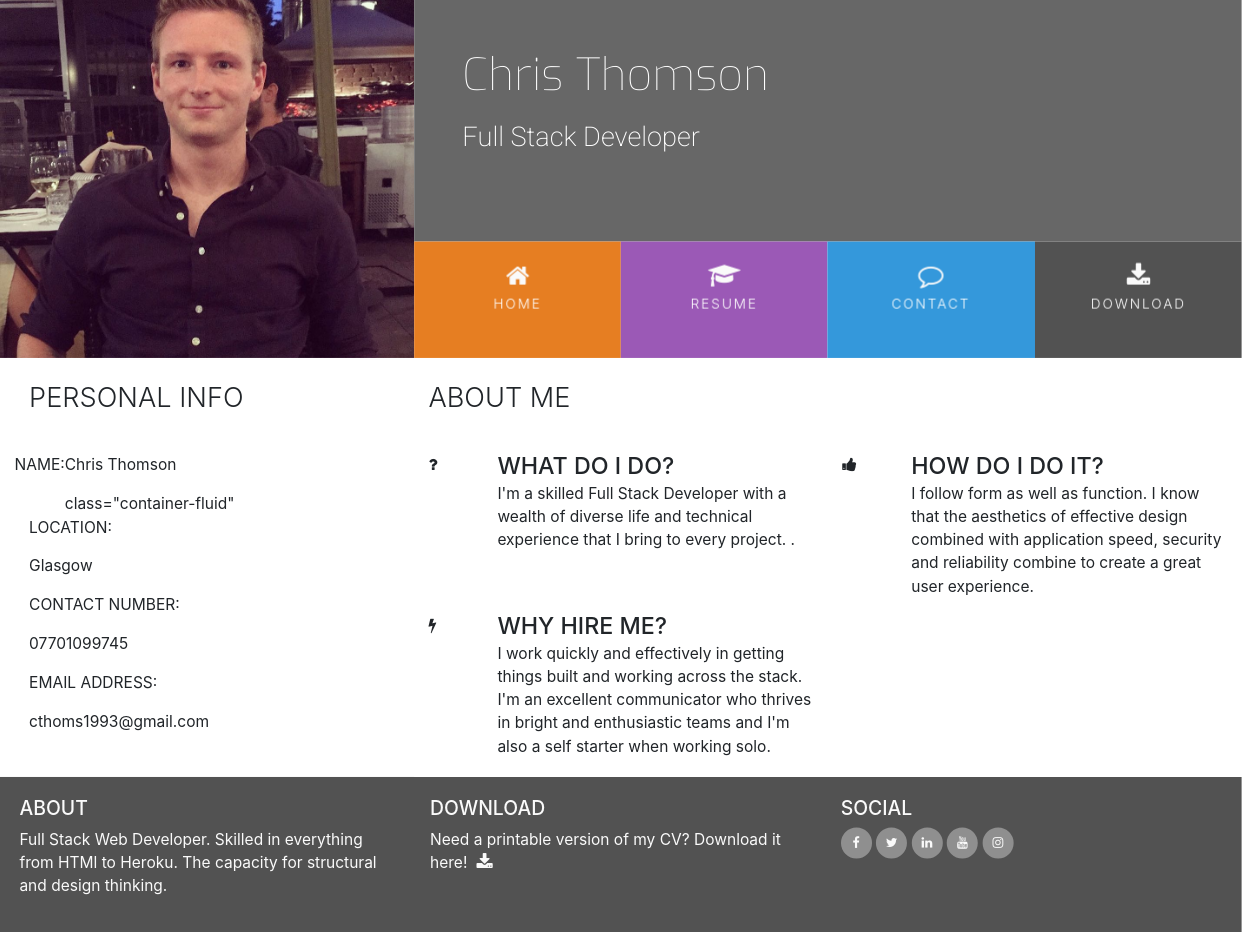
Repository: cthoms1993/Resume
Page: index.html
The author's editor kept a record of every edit. The page is drawn from the files as they stood at one moment, then again after the next edit.
The browser window is 1280 px wide. The page is 1295 px wide, so the pictures cover 1295 px, including what lies to the right of the window. The pictures show the whole page, at 97% of full size.

Above is the page before.

### index.html
<!DOCTYPE html>
<html lang="en-us">

<head>
    <meta charset="UTF-8">
    <meta name="viewport" content="width=device-width, initial-scale=1.0">
    <meta http-equiv="X-UA-Compatible" content="ie=edge">
    <link rel="stylesheet" href="https://stackpath.bootstrapcdn.com/bootstrap/4.3.1/css/bootstrap.min.css" type="text/css" />
    <link rel="stylesheet" href="https://stackpath.bootstrapcdn.com/font-awesome/4.7.0/css/font-awesome.min.css" type="text/css" />
    <link rel="stylesheet" href="https://cdnjs.cloudflare.com/ajax/libs/hover.css/2.3.1/css/hover-min.css" type="text/css" />
    <link rel="stylesheet" href="assets/css/style.css" type="text/css" />
    <title>Chris Thomson Resume</title>

</head>

<body>
    <header>
        <div class="row no-gutters">
            <a href="index.html" class="col-md-4 logo">

            </a>
            <div class="col-md-8">
                <div class="row no-gutters bg-color-name-title">
                    <div class="col heading">
                        <h1 class="name">Chris Thomson</h1>
                        <h2 class="title">Full Stack Developer</h2>
                    </div>
                </div>
                <div class="row no-gutters">
                    <div class="col">
                        <ul class="nav" class="list-inline menucontainer">
                            <li class="col-6 col-sm-3 ui-menu-color-home list-inline-item menuitem">
                                <a href="index.html" class="hvr-sweep-to-bottom"><i class="fa fa-home" aria-hidden="true"></i><span>Home</span></a>
                            </li>
                            <li class="col-6 col-sm-3 ui-menu-color-resume list-inline-item menuitem">
                                <a href="resume.html" class="hvr-sweep-to-bottom"><i class="fa fa-graduation-cap" aria-hidden="true"></i><span>Resume</span></a>
                            </li>
                            <li class="col-6 col-sm-3 ui-menu-color-contact list-inline-item menuitem">
                                <a href="contact.html" class="hvr-sweep-to-bottom"><i class="fa fa-comment-o" aria-hidden="true"></i><span>Contact</span></a>
                                <li class="col-6 col-sm-3 ui-menu-color-download list-inline-item menuitem">
                                    <a href="assets/cv/chrisThomsonDevCV.pdf" target="_blank" class="hvr-sweep-to-bottom"><i class="fa fa-download" aria-hidden="true"></i><span>Download</span></a>
                                </li>
                            </li>
                        </ul>
                    </div>
                </div>
            </div>
        </div>

    </header>
    <section class="container-fluid">
        <div class="row">
            <div class="col-md-4 bg-color-personal-info section-column">
                <div class="row">
                <div class="col-12">
                    <h3 class="section-heading uppercase">Personal Info</h3>
                </div>
                <div class="personal-info-item">
        </div>
                <div class="key">
                        <p class="uppercase">
                            Name:
                        </p>
                    </div>
                    <div class="value">
                        <p>
                            Chris Thomson
                        </p>

            class="container-fluid"  </div>
                </div>
                 <div class="personal-info-item">
                    <div class="key">
                        <p class="uppercase">
                            Location:
                        </p>
                    </div>
                    <div class="value">
                        <p>
                            Glasgow
                        </p>
                    </div>
                </div>
                 <div class="personal-info-item">
                    <div class="key">
                        <p class="uppercase">
                            contact number:
                        </p>
                    </div>
                    <div class="value">
                        <p>
                            07701099745
                        </p>
                    </div>
                </div>
                 <div class="personal-info-item">
                    <div class="key">
                        <p class="uppercase">
                            email address:
                        </p>
                    </div>
                    <div class="value">
                        <p>
                           cthoms1993@gmail.com
                        </p>
                    </div>
                </div>
            </div>
            <div class="col-md-8 bg-color-three-reasons ">
                <div class="row">
                    <div class="col">
                        <h3 class="section-heading uppercase">About Me</h3>
                    </div>
                </div>
                <div class="row">
                    <div class="col-10 offset-1 offset-sm-0 col-sm-4 col-md-6">
                        <div class="row">
                            <div class="col-2">
                                <i class="three-reasons-icon fa fa-question" aria-hidden="true"></i>
                            </div>
                            <div class="col-10">
                                <h4 class="three-reasons-heading uppercase">What do I do?</h4>
                                <p>I'm a skilled Full Stack Developer with a wealth of diverse life and technical experience that I bring to every project. .</p>
                            </div>
                        </div>
                    </div>
                    <div class="col-10 offset-1 offset-sm-0 col-sm-4 col-md-6">
                        <div class="row">
                            <div class="col-2">
                                <i class="three-reasons-icon fa fa-thumbs-up" aria-hidden="true"></i>
                            </div>
                            <div class="col-10">
                                <h4 class="three-reasons-heading uppercase">How do I do it?</h4>
                                <p>I follow form as well as function. I know that the aesthetics of effective design combined with application speed, security and reliability combine to create a great user experience.
                                </p>
                            </div>
                        </div>
                    </div>
                    <div class="col-10 offset-1 offset-sm-0 col-sm-4 col-md-6">
                        <div class="row">
                            <div class="col-2">
                                <i class="three-reasons-icon fa fa-bolt" aria-hidden="true"></i>
                            </div>
                            <div class="col-10">
                                <h4 class="three-reasons-heading uppercase">Why hire me?</h4>
                                <p>
                                    I work quickly and effectively in getting things built and working across the stack. I'm an excellent communicator who thrives in bright and enthusiastic teams and I'm also a self starter when working solo.
                                </p>
                            </div>
                        </div>
                    </div>
                </div>
            </div>
        </div>
    </section>
    <footer>
        <div id="footer-details" class="row">
            <div class="col-sm-4">
                <h5 class="uppercase general-sub">About</h5>
                <p class="inline-block">Full Stack Web Developer. Skilled in everything from HTMl to Heroku. The capacity for structural and design thinking.</p>
            </div>
            <div class="col-sm-4">
                <h5 class="uppercase general-sub">Download</h5>
                <p class="inline-block">Need a printable version of my CV? Download it here!
                    <a href="assets/cv/chrisThomsonDevCV.pdf" target="_blank" class="cv-pdf">
                    <i class="fa fa-download" aria-hidden="true"></i>
                    <span class="sr-only">Download link.</span>
                </a>
                </p>
            </div>
            <div class="col-sm-4">
                <h5 class="uppercase general-sub">Social</h5>
                <ul class="list-inline social-links">
                    <li class="list-inline-item">
                        <a target="_blank" href="#">
                            <i class="fa fa-facebook" aria-hidden="true">
                            <span class="sr-only">Facebook</span></i>
                        </a>
                    </li>
                    <li class="list-inline-item">
                        <a target="_blank" href="#">
                            <i class="fa fa-twitter" aria-hidden="true"></i>
                            <span class="sr-only">Twitter</span>
                        </a>
                    </li>
                    <li class="list-inline-item">
                        <a target="_blank" href="#">
                            <i class="fa fa-linkedin" aria-hidden="true"></i>
                            <span class="sr-only">Linkedin</span>
                        </a>
                    </li>
                    <li class="list-inline-item">
                        <a target="_blank" href="#">
                            <i class="fa fa-youtube" aria-hidden="true"></i>
                            <span class="sr-only">Youtube</span>
                        </a>
                    </li>
                    <li class="list-inline-item">
                        <a target="_blank" href="#">
                            <i class="fa fa-instagram" aria-hidden="true"></i>
                            <span class="sr-only">Instagram</span>
                        </a>
                    </li>
                </ul>
            </div>
    </footer>

</body>

</html>

### assets/css/style.css
@import url('https://fonts.googleapis.com/css?family=Roboto:100,200,300,400,500,600,700|Exo:100,200,300,400,500,600,700');
/*-------------------------Colours*/

.bg-color-name-title {
    background-color: #676767;
}


.bg-color-three-reasons {
    background-color: #fff;
}

.ui-menu-color-home {
    background-color: #e67e22;
}

.ui-menu-color-resume {
    background-color: #9b59b6;
}

.ui-menu-color-contact {
    background-color: #3498db;
}

.ui-menu-color-download {
    background-color: #525252;
}

/*-------------------------special margins padding and text.*/

h1,
h2,
h3,
h4 {
    margin: 0;
}

.uppercase {
    text-transform: uppercase;

}

.General-sub {
    font-family: "exo", sans-serif;
    font-weight: 300;
    color: #fafafa;
}

.inline-block {
    display: inline-block;
}


.row-table {
    display: table;
}


.section-column {
    display: table-cell;
    padding: 0 30px 30px;
    float: none;
}

.section-heading {
    font: "exo", sans-serif;
    font-weight: 300;
    margin-top: 25px;
    margin-bottom: 40px;

}

/*-------------------------heading*/

header {
    margin: 0;

}

.heading {
    margin-left: 50px;
}

.logo {
    background: url("../images/me.jpg");
    background-position: center;
    background-repeat: no-repeat;
    background-size: cover;
    min-height: 360px;
    transition: all .5s ease-in-out;
    -moz-transition: all .5s ease-in-out;
    -webkit-transition: all .5s ease-in-out;
}

.name {
    font-family: "exo", sans-serif;
    font-weight: 100;
    font-size: 46px;
    margin-top: 50px;
    color: #fff;

}

.title {
    font-family: "roboto", sans-serif;
    font-weight: 200;
    font-size: 28px;
    margin-top: 20px;
    margin-bottom: 90px;
    color: #fff;
}

.list-inline-item:not(:last-child) {
    margin: 0;
}

.menucontainer {
    font-size: 0;
}

#nav {
    margin: 0;
}

#nav li {
    font-size: 14px;
    padding: 0;

}

.menuitem {
    height: 120px;
    text-align: center;
    padding: 0;
}

.menuitem a {
    width: 100%;
    text-decoration: none;
    color: #fff;
    height: 120px;
}

.menuitem a i {
    padding-top: 22px;
    display: block;
    color: #fafafa;
    font-size: 26px;
}

.menuitem span {
    display: block;
    width: 100%;
    padding-top: 5px;
    text-align: center;
    text-transform: uppercase;
    font-size: 14px;
    font-weight: 300;
    letter-spacing: 2px;
}

/*-------------------------hover.css*/

.hvr-sweep-to-bottom:before {
    background-color: rgba(0, 0, 0, 0.2);
    height: 120px;

}

/*-------------------------footer*/

footer {
    background-color: #525252;
    color: #fafafa;
    min-height: 120px;
    margin: 0;

}

.cv-pdf i {
    font-size: 18px;
    color: #fafafa;
    text-align: center;
    padding-left: 5px;
    transition: all 0.35s ease-in-out;
    -moz-transition: all 0.35s ease-in-out;
    -webkit-transition: all 0.35s ease-in-out;
    -o-transition: all 0.35s ease-in-out;
}

.cv-pdf i:hover {
    color: #e84610;
}

.social-links {
    padding-bottom: 15px;
}

.social-links li a i {
    width: 32px;
    height: 32px;
    padding: 12px 0;
    border-radius: 50%;
    font-size: 13px;
    line-height: 7px;
    text-align: center;
    color: #fafafa;
    background: #8f8f8f;
    transition: all 0.35s ease-in-out;
    -moz-transition: all 0.35s ease-in-out;
    -webkit-transition: all 0.35s ease-in-out;
    -o-transition: all 0.35s ease-in-out;
}

.social-links li a i:hover {
    background: #e84610;
}

#footer-details {
    padding: 20px;
}

After the next edit:
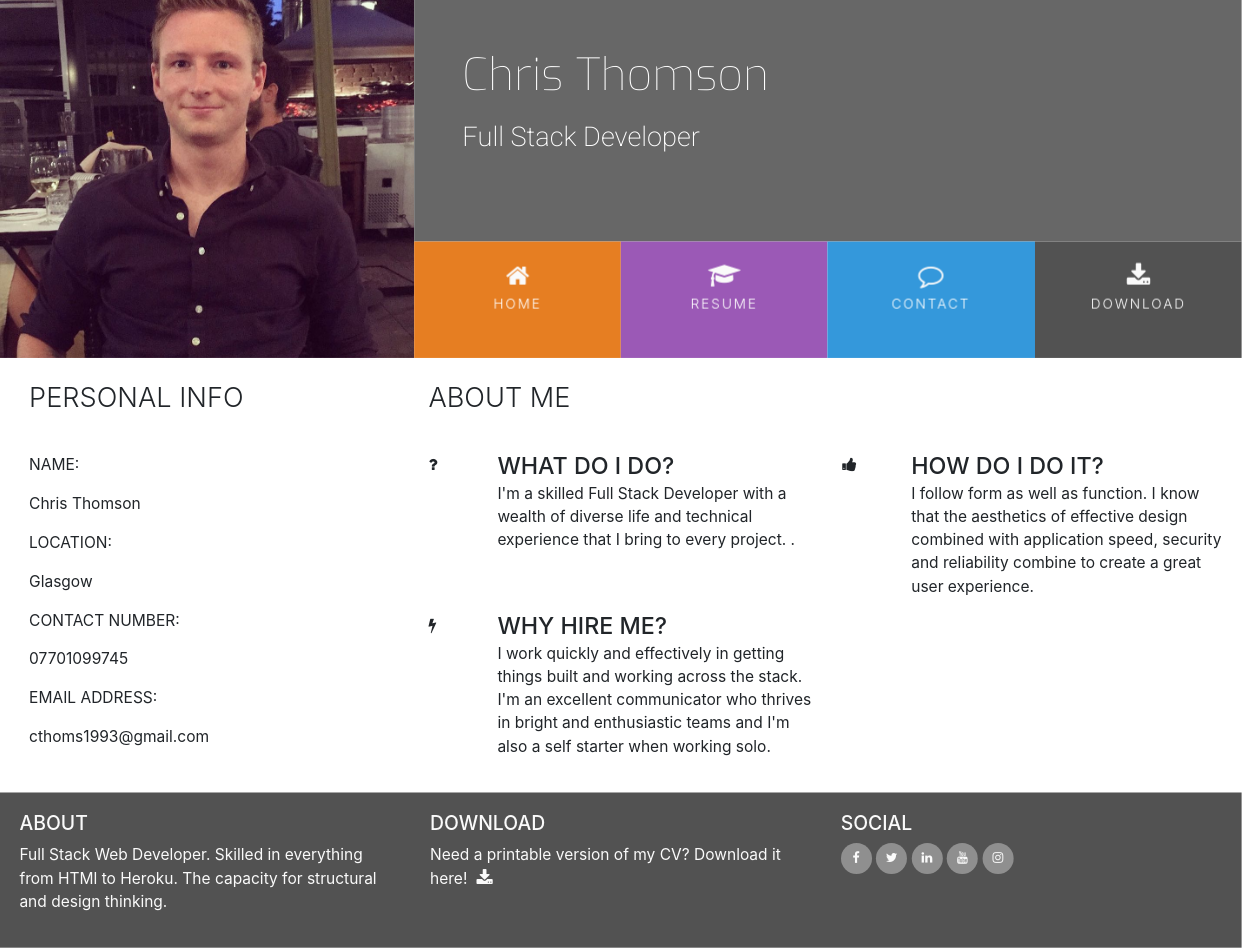
The edit:
--- a/index.html
+++ b/index.html
@@ -52,12 +52,12 @@
         <div class="row">
             <div class="col-md-4 bg-color-personal-info section-column">
                 <div class="row">
-                <div class="col-12">
-                    <h3 class="section-heading uppercase">Personal Info</h3>
+                    <div class="col-12">
+                        <h3 class="section-heading uppercase">Personal Info</h3>
+                    </div>
                 </div>
                 <div class="personal-info-item">
-        </div>
-                <div class="key">
+                    <div class="key">
                         <p class="uppercase">
                             Name:
                         </p>
@@ -66,8 +66,7 @@
                         <p>
                             Chris Thomson
                         </p>
-
-            class="container-fluid"  </div>
+                    </div>
                 </div>
                  <div class="personal-info-item">
                     <div class="key">
